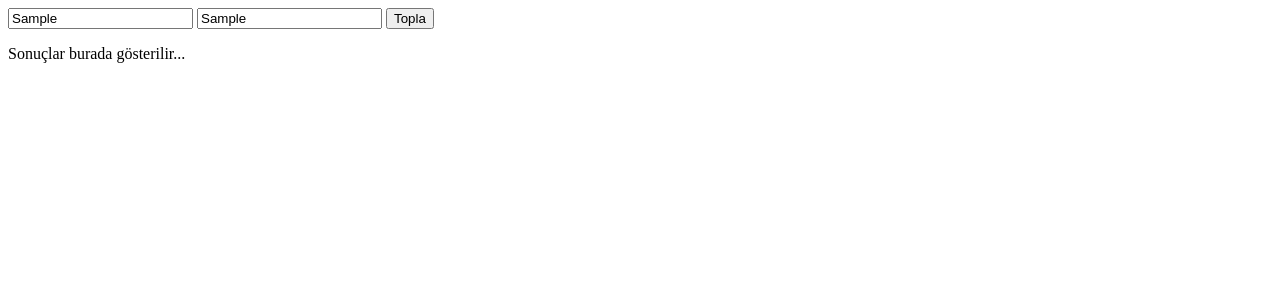
Repository: emrebolukbas/.js-Training-Tobeto
Page: 1-Toplama/public/Toplama.html
The author's editor kept a copy of each file at every save. The page is drawn from the files as they stood at one save, then again after the next save.
The browser window is 1280 px wide. The pictures show the whole page.
Empty fields were first filled with sample values (such as "Sample", 5 or name@example.com).
After loading, the first visible `#topla` was clicked once.

Above is the page before, as saved 2023-10-06 21:13:35.

### 1-Toplama/public/Toplama.html
<!DOCTYPE html>
<html>
<head>
	<meta charset="UTF-8">
	<title>1-Toplama 1.0</title>
	<script type="text/javascript" src="Toplama.js"></script>

</head>
<body>
	<input id="input-1" type="text">
	<input id="input-2" type="text">
	<button id="topla" onclick="topla();"> Topla </button>
	<p id="p-1">Sonuçlar burada gösterilir...</p>
</body>
</html>

### 1-Toplama/public/Toplama.js
/**
 *
 */

 function topla () {

	 var birinciSayi = document.getElementById("input-1").value;
	 var ikinciSayi = document.getElementById("input-2").value;


 }

After the next save:
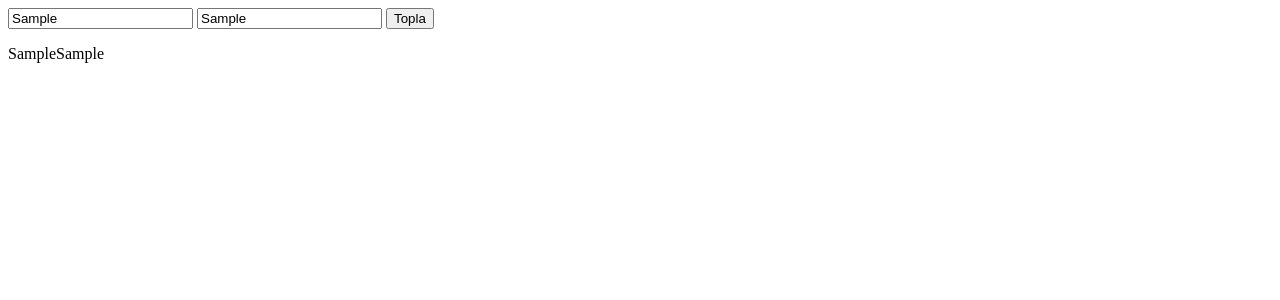
Saved 5 min 58 s later.
--- a/1-Toplama/public/Toplama.js
+++ b/1-Toplama/public/Toplama.js
@@ -6,6 +6,11 @@
 
 	 var birinciSayi = document.getElementById("input-1").value;
 	 var ikinciSayi = document.getElementById("input-2").value;
+	 var toplam;
+
+	 toplam = birinciSayi  + ikinciSayi;
+
+	 document.getElementById("p-1").innerHTML = toplam
 
 
  }
